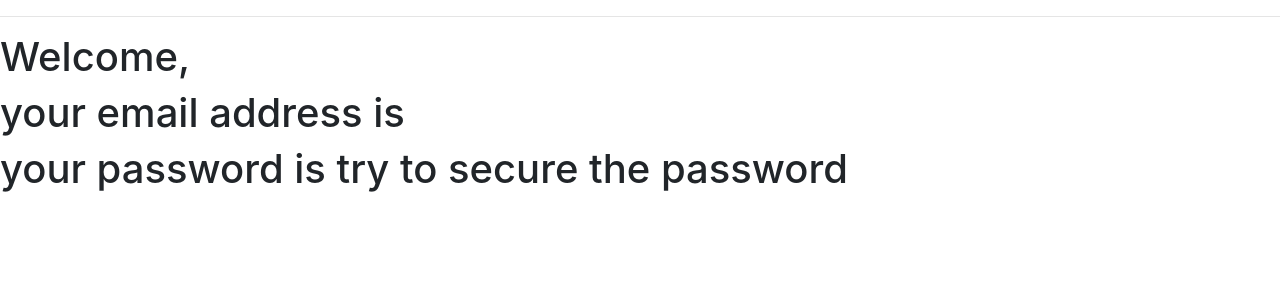
Repository: GovindParve/spring_mvc_maven_search_project
Page: http://localhost/springmvcsearch/success
An editor plug-in stored every save of this project. The page is shown before and after the next save, followed by the edit.
The browser window is 1280 px wide. The pictures show the whole page.
The page is served by Tomcat 9. Other server files are loaded and not shown.

Above is the page before, as saved 2023-06-18 09:53:51.

### springmvcsearch/src/main/webapp/WEB-INF/spring-servlet.xml
<?xml version="1.0" encoding="UTF-8"?>

<!-- Configuration file -->

<beans xmlns="http://www.springframework.org/schema/beans"
	xmlns:xsi="http://www.w3.org/2001/XMLSchema-instance"
	xmlns:context="http://www.springframework.org/schema/context"
	xmlns:p="http://www.springframework.org/schema/p"
	xmlns:tx="http://www.springframework.org/schema/tx"
    xsi:schemaLocation="
        http://www.springframework.org/schema/beans
        http://www.springframework.org/schema/beans/spring-beans.xsd
        http://www.springframework.org/schema/context
        http://www.springframework.org/schema/context/spring-context.xsd
        http://www.springframework.org/schema/tx
        http://www.springframework.org/schema/tx/spring-tx.xsd
        ">


	<context:component-scan base-package="springmvcsearch"></context:component-scan>


	<bean
		 class="org.springframework.web.servlet.view.InternalResourceViewResolver"
		 name="viewResolver">
		<property name="prefix" value="/WEB-INF/views/" />
		<property name="suffix" value=".jsp" />

	</bean>



</beans>

### springmvcsearch/src/main/webapp/WEB-INF/views/success.jsp
<%@ page language="java" contentType="text/html; charset=ISO-8859-1"
    pageEncoding="ISO-8859-1"%>

<%@page isELIgnored="false"%>
<!DOCTYPE html>
<html>
<head>
<meta charset="utf-8">
<meta name="viewport" content="width=device-width, initial-scale=1">
<link rel="stylesheet" href="https://cdn.jsdelivr.net/npm/bootstrap@4.4.1/dist/css/bootstrap.min.css"
 integrity="sha384-Vkoo8x4CGsO3+Hhxv8T/Q5PaXtkKtu6ug5TOeNV6gBiFeWPGFN9MuhOf23Q9Ifjh" crossorigin="anonymous">
<title>Success Page</title>
</head>
<body>
	<h1 class="text-center">${student}</h1>
<%-- 	<p class="text-center">${Desc}</p> --%>
<%-- 	<h1 style="color:green">${msg}</h1> --%>
	<hr>
	<h1>Welcome, ${student.name}</h1>
	<h1>your email address is ${student.id}</h1>
	<h1>your password is ${student.dob} try to secure the password</h1>

</body>
</html>

### springmvcsearch/src/main/java/springmvcsearch/FormControler.java
package springmvcsearch;

import org.springframework.stereotype.Controller;
import org.springframework.ui.Model;
import org.springframework.web.bind.annotation.ModelAttribute;
import org.springframework.web.bind.annotation.RequestMapping;
import org.springframework.web.bind.annotation.RequestMethod;
import org.springframework.web.bind.annotation.RequestParam;

@Controller
public class FormControler {

	@RequestMapping("/complex")
	public String showForm() {
		return "complex_form";
	}


	@RequestMapping(path="/handleform", method = RequestMethod.POST)
	public String formHandler(@ModelAttribute("student") Student student, Model model) {
		System.out.println(student);
		//model.addAttribute("msg", "User created with id: "+student);
		//return "redirect:success";
		return "success";
	}

	@RequestMapping("/success")
	public String success() {
		return "success";
	}




}

### springmvcsearch/src/main/java/springmvcsearch/SearchController.java
package springmvcsearch;

import org.springframework.stereotype.Controller;
import org.springframework.web.bind.annotation.RequestMapping;
import org.springframework.web.bind.annotation.RequestParam;
import org.springframework.web.servlet.view.RedirectView;

@Controller
public class SearchController {


	@RequestMapping("/home")
	public String home()
	{
		System.out.println("going to home");
		return "home";
	}


	@RequestMapping("/search")
	public RedirectView search(@RequestParam("querybox") String query) {


		RedirectView redirectView = new RedirectView();

		if(query.isEmpty()) {
			System.out.println("Query is empty");
			redirectView.setUrl("home");
			return redirectView;
		}

		String url = "https://www.google.com/search?q="+query;


		redirectView.setUrl(url);

		return redirectView;

	}

}

### springmvcsearch/src/main/java/springmvcsearch/Student.java
package springmvcsearch;

import java.util.Date;
import java.util.List;

public class Student {

	private String name;
	private Long id;
	private Date dob;
	private List<String> courses;
	private String gender;
	private String type;
	public String getName() {
		return name;
	}
	public void setName(String name) {
		this.name = name;
	}
	public Long getId() {
		return id;
	}
	public void setId(Long id) {
		this.id = id;
	}
	public Date getDob() {
		return dob;
	}
	public void setDob(Date dob) {
		this.dob = dob;
	}
	public List<String> getCourses() {
		return courses;
	}
	public void setCourses(List<String> courses) {
		this.courses = courses;
	}
	public String getGender() {
		return gender;
	}
	public void setGender(String gender) {
		this.gender = gender;
	}
	public String getType() {
		return type;
	}
	public void setType(String type) {
		this.type = type;
	}
	@Override
	public String toString() {
		return "Student [name=" + name + ", id=" + id + ", dob=" + dob + ", courses=" + courses + ", gender=" + gender
				+ ", type=" + type + "]";
	}

}

After the next save:
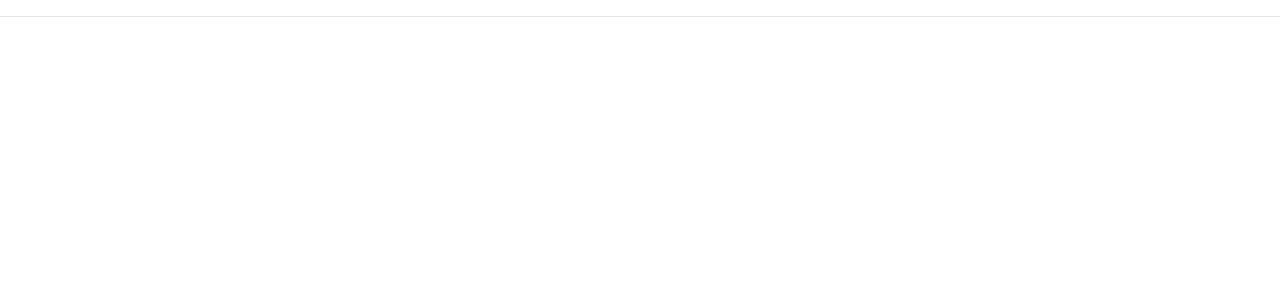
Saved 52 s later.
--- a/springmvcsearch/src/main/webapp/WEB-INF/views/success.jsp
+++ b/springmvcsearch/src/main/webapp/WEB-INF/views/success.jsp
@@ -16,9 +16,9 @@
 <%-- 	<p class="text-center">${Desc}</p> --%>
 <%-- 	<h1 style="color:green">${msg}</h1> --%>
 	<hr>
-	<h1>Welcome, ${student.name}</h1>
-	<h1>your email address is ${student.id}</h1>
-	<h1>your password is ${student.dob} try to secure the password</h1>
+<%-- 	<h1>Welcome, ${student.name}</h1> --%>
+<%-- 	<h1>your email address is ${student.id}</h1> --%>
+<%-- 	<h1>your password is ${student.dob} try to secure the password</h1> --%>
 
 </body>
 </html>
